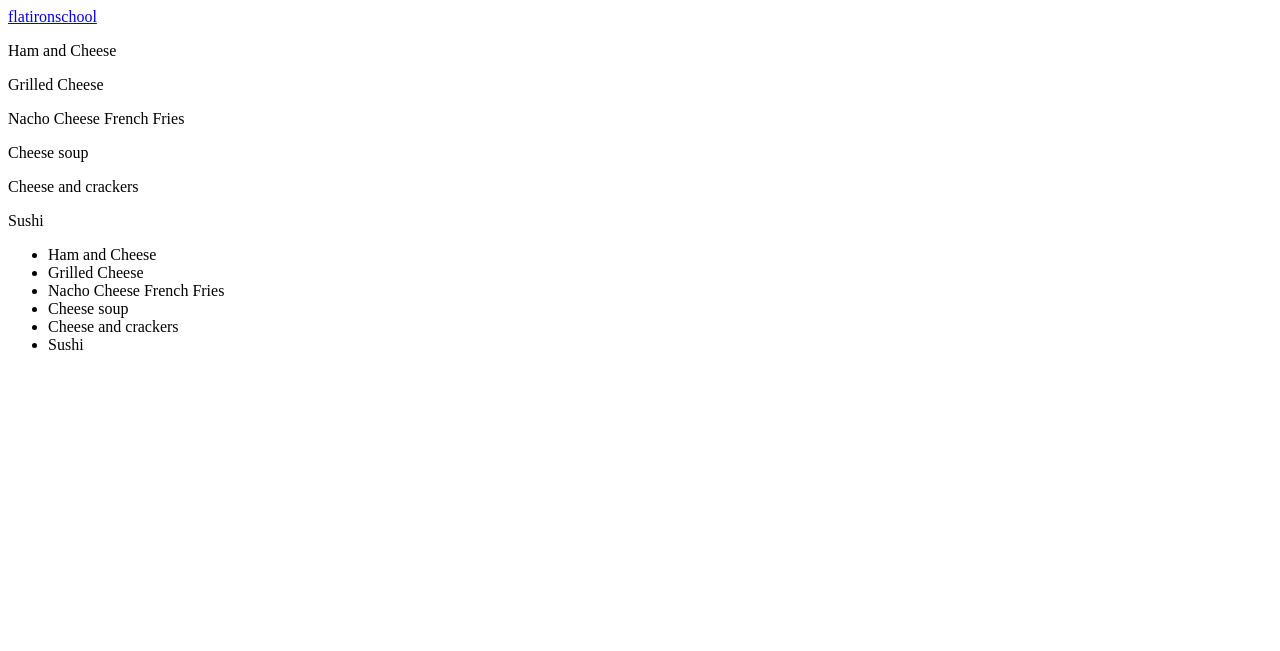
Repository: brianratemo/images.html
Page: index.html
An editor plug-in stored every save of this project. The page is shown before and after the next save, followed by the edit.
The browser window is 1280 px wide. The pictures show the whole page.

Above is the page before, as saved 2023-03-20 19:51:46.

### index.html
<a href="https://www.flatironschool.com/"> flatironschool </a>
<body>
    <p>Ham and Cheese</p>
    <p>Grilled Cheese</p>
    <p>Nacho Cheese French Fries</p>
    <p>Cheese soup</p>
    <p>Cheese and crackers</p>
    <p>Sushi</p>
</body>
<ul>
    <li>Ham and Cheese</li>
    <li>Grilled Cheese</li>
    <li>Nacho Cheese French Fries</li>
    <li>Cheese soup</li>
    <li>Cheese and crackers</li>
    <li>Sushi</li>
  </ul>

After the next save:
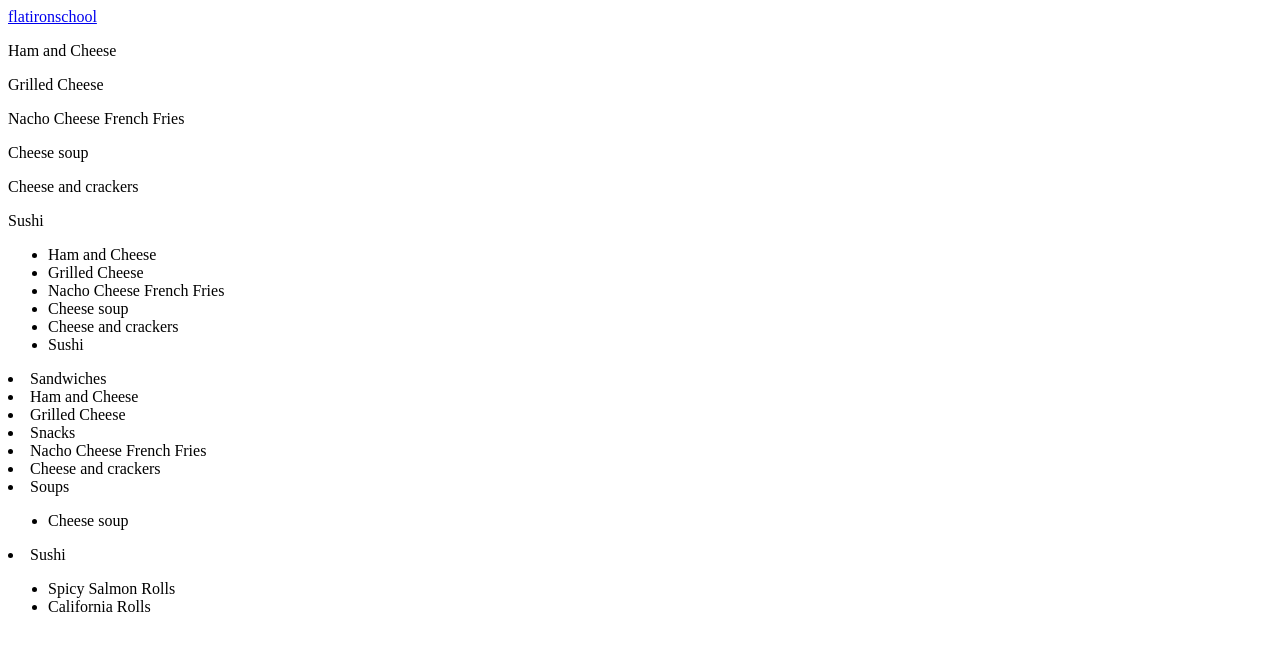
Saved 9 min 11 s later.
--- a/index.html
+++ b/index.html
@@ -15,3 +15,30 @@
     <li>Cheese and crackers</li>
     <li>Sushi</li>
   </ul>
+
+  <li>Sandwiches
+     <u1>
+        <li>Ham and Cheese</li>
+        <li>Grilled Cheese</li>
+       </u1>
+    </li>
+    <li>Snacks
+        <u1>
+            <li>Nacho Cheese French Fries</li>
+            <li>Cheese and crackers</li>
+        </u1>
+    </li>
+    <li>
+        Soups
+        <ul>
+          <li>Cheese soup</li>
+        </ul>
+      </li>
+      <li>
+        Sushi
+        <ul>
+          <li>Spicy Salmon Rolls</li>
+          <li>California Rolls</li>
+        </ul>
+      </li>
+    </ul>
